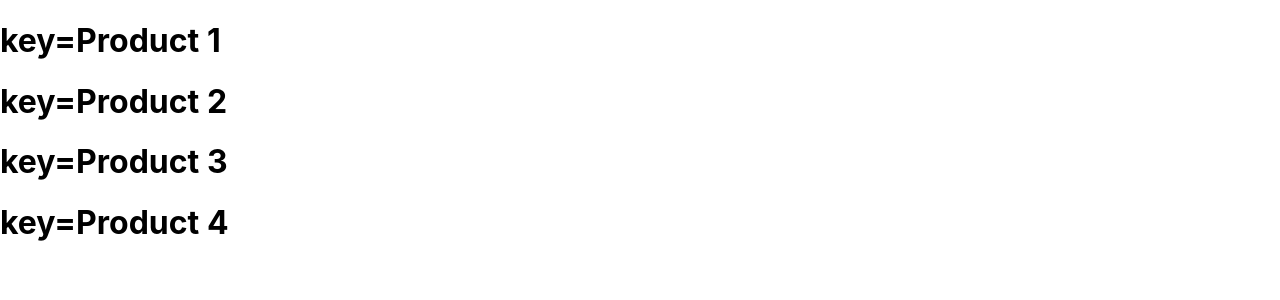
Repository: Imprasna/react-ecommerce
Page: /
An editor plug-in stored every save of this project. The page is shown before and after a run of saves, followed by the edit.
The browser window is 1280 px wide. The pictures show the whole page.
Some web libraries are served in a nearby version. The project was rebuilt for these pictures with package versions that can differ from the ones it lists, and the page was loaded fresh each time. Also part of the build but not shown: src/App.css.

Above is the page before, as saved 2022-06-12 11:27:13.

After the next 2 saves:
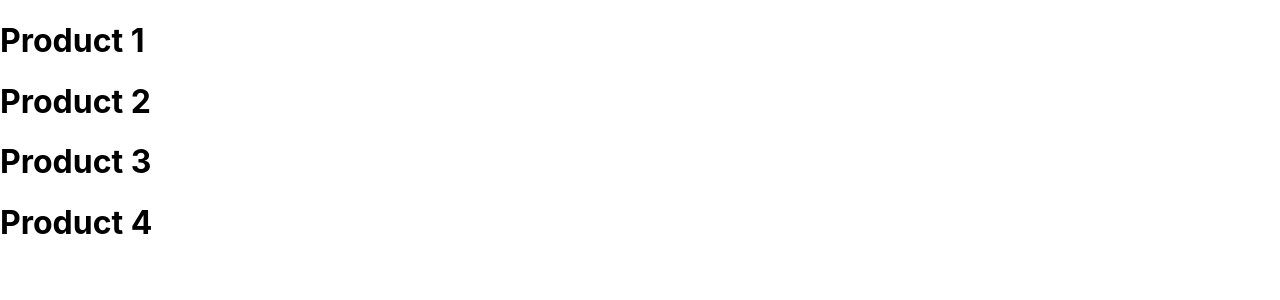
The 2 saves are shown as one change because they came seconds apart.
The last was saved 13 s later.
--- a/src/components/products.js
+++ b/src/components/products.js
@@ -8,7 +8,7 @@ function products() {
       {
           return (
               <div>
-                 <h1> key={ product.name}</h1>
+                 <h1> {product.name}</h1>
               </div>
           )
       })
